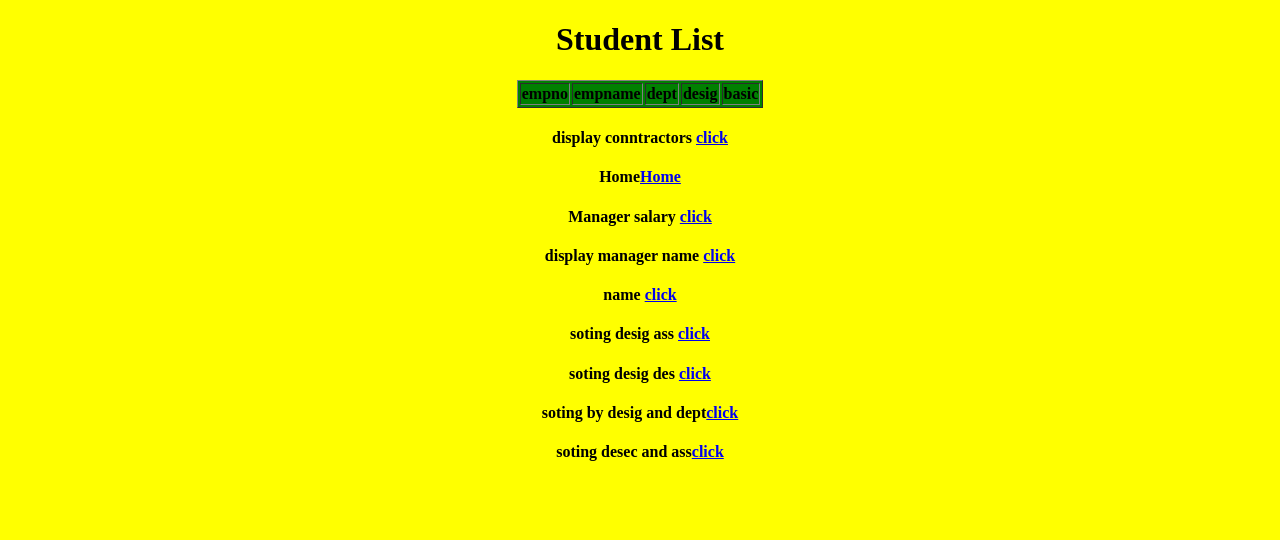
Repository: vinodkumarr269/microservices
Page: http://localhost/AdvSpringData/WEB-INF/views/home.jsp
These files come from the project's save history. The page is drawn as it stood at one moment and after the next save; the edit follows.
The browser window is 1280 px wide. The pictures show the whole page.
The page is served by Tomcat 9. Nobody is signed in. Other server files are loaded and not shown. The template is opened directly, without the code that normally fills it, so the values that code supplies are empty.

Above is the page before, as saved 2019-10-15 11:17:17.

### SpringData/AdvSpringData/src/main/webapp/WEB-INF/views/home.jsp
<%@page contentType="text/html" pageEncoding="UTF-8"%>
<!DOCTYPE HTML PUBLIC "-//W3C//DTD HTML 4.01 Transitional//EN"
   "http://www.w3.org/TR/html4/loose.dtd">
<%@ taglib uri="http://java.sun.com/jsp/jstl/core" prefix="c" %>

<html>
<head>
<meta http-equiv="Content-Type" content="text/html; charset=UTF-8">
<title>Employee Management Screen</title>
<style>
table:hover {
	background: pink;
}
</style>
</head>
<body bgcolor="yellow">
	<div align="center">
		<h1>Student List</h1>

		<table border="1" bgcolor="green">
			<th>empno</th>
			<th>empname</th>
			<th>dept</th>
			<th>desig</th>
			<th>basic</th>

			<c:forEach var="student" items="${employeeList}">
				<tr >
					<td>${student.empno}</td>
					<td>${student.name}</td>
					<td>${student.dept}</td>
					<td>${student.desig}</td>
					<td>${student.basic}</td>

				</tr>
			</c:forEach>
		</table>
		<h4>display conntractors <a href="/displaycontractor">click</a></h4>
		<h4>Home<a href="/">Home</a></h4>
		<h4>Manager salary <a href="/managersalary">click</a></h4>
		<h4>display manager name <a href="managername">click</a></h4>
		<h4>name <a href="name">click</a></h4>
	    <h4>soting desig ass <a href="displayallsortbydesign">click</a></h4>
	    <h4>soting desig des <a href="displayallsortbydesigndesending">click</a></h4>
	    <h4>soting by desig and dept<a href="displayallsortbydesignandsalary">click</a></h4>
		<h4>soting desec and ass<a href="displayallsortbydesignandsalary1">click</a></h4>

	</div>
</body>
</html>

After the next save:
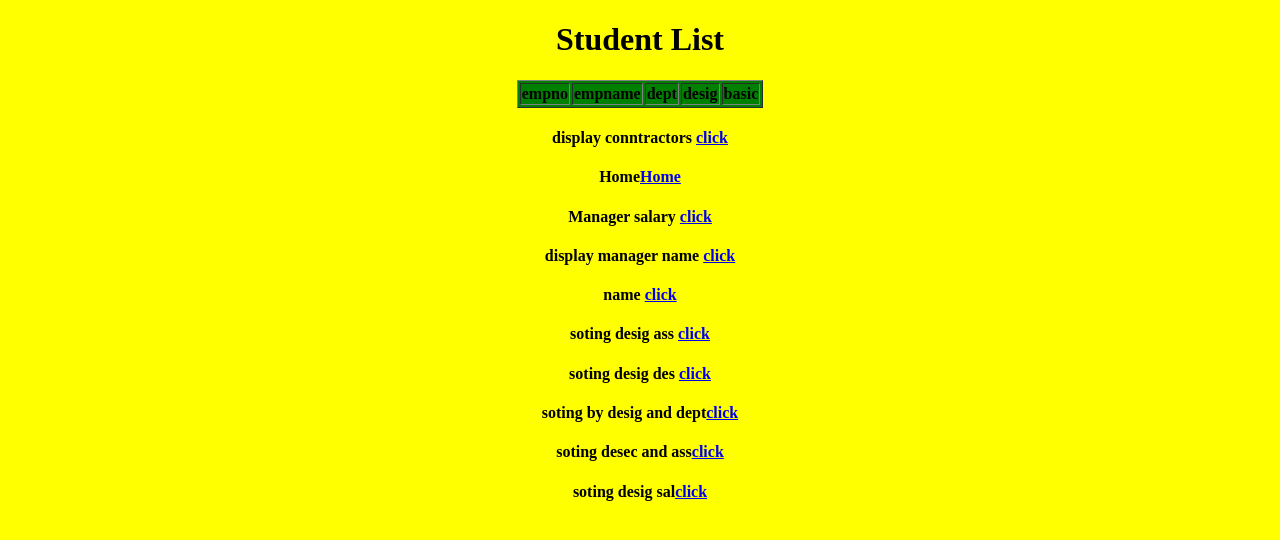
Saved 41 s later.
--- a/SpringData/AdvSpringData/src/main/webapp/WEB-INF/views/home.jsp
+++ b/SpringData/AdvSpringData/src/main/webapp/WEB-INF/views/home.jsp
@@ -44,6 +44,7 @@ table:hover {
 	    <h4>soting desig des <a href="displayallsortbydesigndesending">click</a></h4>
 	    <h4>soting by desig and dept<a href="displayallsortbydesignandsalary">click</a></h4>
 		<h4>soting desec and ass<a href="displayallsortbydesignandsalary1">click</a></h4>
+		<h4>soting desig sal<a href="displayall4">click</a></h4>
 
 	</div>
 </body>
